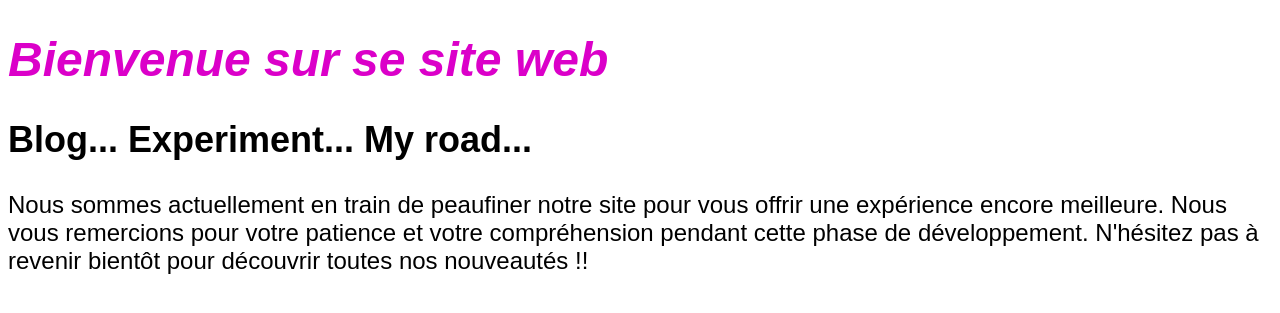
Repository: ValetteEvan/PersonalWebApp
Page: index.html
An editor plug-in stored every save of this project. The page is shown before and after the next save, followed by the edit.
The browser window is 1280 px wide. The pictures show the whole page.

Above is the page before, as saved 2025-01-07 17:49:24.

### index.html
<!DOCTYPE html>
<html>

    <head>
        <meta charset="utf-8" />
        <title>Valette Evan</title>
        <link href="style.css" rel="stylesheet">
        <link rel="font_original" href="https://fonts.googleapis.com">
    </head>

    <body>
        <div class="webGlobal">
            <h1>Bienvenue sur se site web</h1>
            <h2>Blog... Experiment... My road...</h2>
                <p class="firstParagraph">Nous sommes actuellement en train de peaufiner notre site pour
                 vous offrir une expérience encore meilleure. Nous vous remercions
                 pour votre patience et votre compréhension pendant cette phase de
                 développement. N'hésitez pas à revenir bientôt pour découvrir toutes nos nouveautés !!
                </p>
        </div>
    </body>
</html>

### style.css
.webGlobal{
    font-family:'font_original',sans-serif;
    font-size: 1.5em;
    color: rgb(0, 0, 0);
}

h1 {
   font-style:italic;
   font-weight: bold;
    color: rgb(219, 0, 201);
}

After the next save:
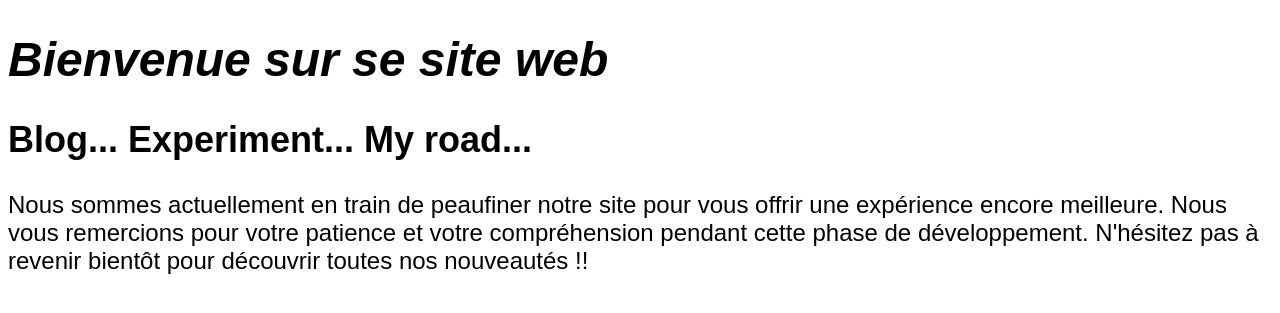
Saved 12 s later.
--- a/style.css
+++ b/style.css
@@ -6,6 +6,6 @@
 
 h1 {
    font-style:italic;
-   font-weight: bold;
+   font-weight:bolder
     color: rgb(219, 0, 201);
 }

After the save that followed:
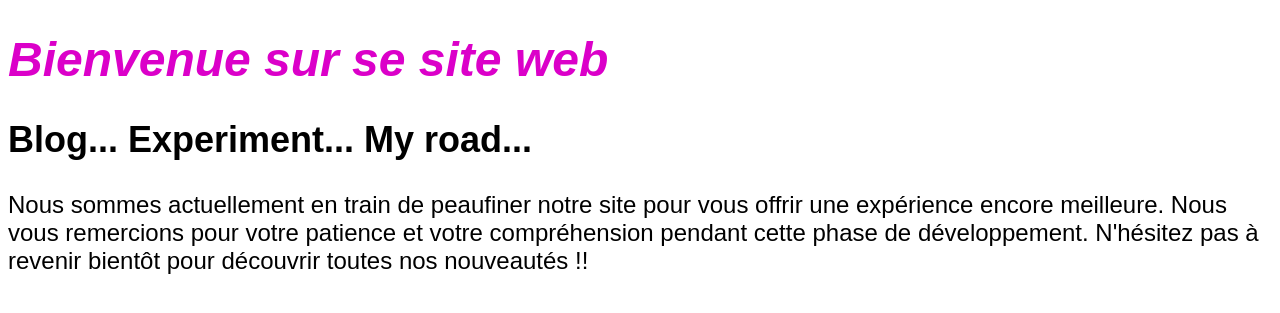
Saved 5 s later.
--- a/style.css
+++ b/style.css
@@ -6,6 +6,6 @@
 
 h1 {
    font-style:italic;
-   font-weight:bolder
+   font-weight:bolder;
     color: rgb(219, 0, 201);
 }
